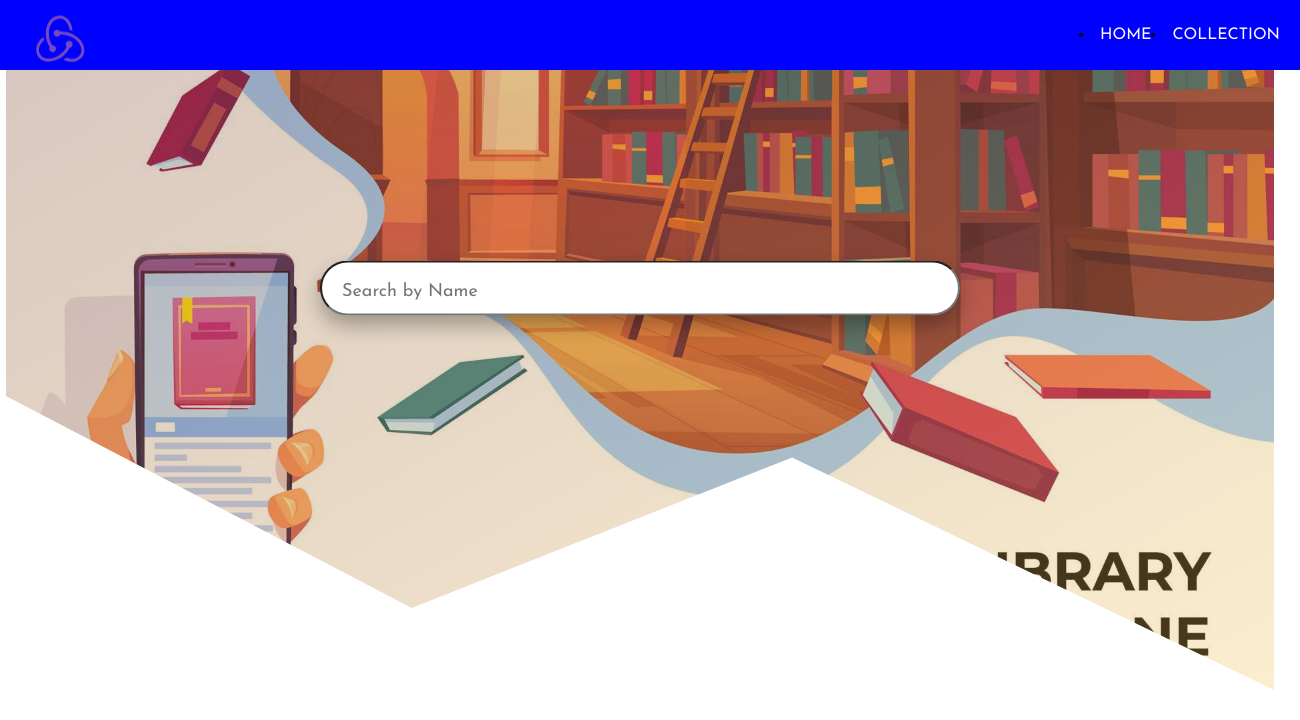
Repository: Kol124/react-book-library
Page: /
The author's editor kept a copy of each file at every save. The page is drawn from the files as they stood at one save, then again after the next save.
The browser window is 1280 px wide. The page is 1300 px wide, then 1280 px, so the pictures cover 1300 px, including what lies to the right of the window. The pictures show the whole page.
The project was rebuilt for these pictures with package versions that can differ from the ones it lists, and the page was loaded fresh each time.

Above is the page before, as saved 2021-07-13 18:31:03.

### public/index.html
<!DOCTYPE html>
<html lang="en">
  <head>
    <meta charset="utf-8" />
    <link rel="icon" href="%PUBLIC_URL%/favicon.ico" />
    <meta name="viewport" content="width=device-width, initial-scale=1" />
    <meta name="theme-color" content="#000000" />
    <meta
      name="description"
      content="Web site created using create-react-app"
    />
    <link rel="apple-touch-icon" href="%PUBLIC_URL%/logo192.png" />
    <!--
      manifest.json provides metadata used when your web app is installed on a
      user's mobile device or desktop. See https://developers.google.com/web/fundamentals/web-app-manifest/
    -->
    <link rel="manifest" href="%PUBLIC_URL%/manifest.json" />
    <!--
      Notice the use of %PUBLIC_URL% in the tags above.
      It will be replaced with the URL of the `public` folder during the build.
      Only files inside the `public` folder can be referenced from the HTML.

      Unlike "/favicon.ico" or "favicon.ico", "%PUBLIC_URL%/favicon.ico" will
      work correctly both with client-side routing and a non-root public URL.
      Learn how to configure a non-root public URL by running `npm run build`.
    -->
    <link rel="stylesheet" href="all.min.css" />
    <title>React Redux App</title>
  </head>
  <body>
    <noscript>You need to enable JavaScript to run this app.</noscript>
    <div id="root"></div>
    <!--
      This HTML file is a template.
      If you open it directly in the browser, you will see an empty page.

      You can add webfonts, meta tags, or analytics to this file.
      The build step will place the bundled scripts into the <body> tag.

      To begin the development, run `npm start` or `yarn start`.
      To create a production bundle, use `npm run build` or `yarn build`.
    -->
  </body>
</html>

### src/index.css
@import url(fonts.css);

*,
*::before,
*::after {
  margin: 0;
  padding: 0;
  box-sizing: inherit;
}

html {
  scroll-behavior: smooth;
  box-sizing: border-box;
  font-size: 62.5%;
}

@media only screen and (max-width: 1024px) {
  html {
    font-size: 52.25%;
  }
}

/* @media only screen and (max-width: 768px) {
  html {
    font-size: 50%;
  }
} */

@media only screen and (max-width: 480px) {
  html {
    font-size: 50%;
  }
}

body {
  font-family: Josefin Sans, "Lucida Sans", cursive;
  margin: 0.6rem;
}

a {
  color: #f9f9f9;
  text-decoration: none;
}

.App-logo {
  height: 8.5vmin;
  pointer-events: none;
}

@media (prefers-reduced-motion: no-preference) {
  .App-logo {
    animation: App-logo-float infinite 3s ease-in-out;
  }
}

@keyframes App-logo-float {
  0% {
    transform: translateY(0);
  }
  50% {
    transform: translateY(5px);
  }
  100% {
    transform: translateY(0px);
  }
}

### src/App.js
import React from "react";
import Home from "./components/Home";
import Nav from "./components/Nav";
import { BrowserRouter as Router, Switch, Route } from "react-router-dom";

function App() {
  return (
    <Router>
      <Nav />
      <Switch>
        <Route exact path="/">
          <Home />
        </Route>
      </Switch>
    </Router>
  );
}

export default App;

### src/fonts.css
/* josefin-sans-300 - latin */
@font-face {
  font-family: "Josefin Sans";
  font-style: normal;
  font-weight: 300;
  src: url("./fonts/josefin-sans-v17-latin-300.eot"); /* IE9 Compat Modes */
  src: local(""),
    url("./fonts/josefin-sans-v17-latin-300.eot?#iefix")
      format("embedded-opentype"),
    /* IE6-IE8 */ url("./fonts/josefin-sans-v17-latin-300.woff2")
      format("woff2"),
    /* Super Modern Browsers */ url("./fonts/josefin-sans-v17-latin-300.woff")
      format("woff"),
    /* Modern Browsers */ url("./fonts/josefin-sans-v17-latin-300.ttf")
      format("truetype"),
    /* Safari, Android, iOS */
      url("./fonts/josefin-sans-v17-latin-300.svg#JosefinSans") format("svg"); /* Legacy iOS */
}
/* josefin-sans-regular - latin */
@font-face {
  font-family: "Josefin Sans";
  font-style: normal;
  font-weight: 400;
  src: url("./fonts/josefin-sans-v17-latin-regular.eot"); /* IE9 Compat Modes */
  src: local(""),
    url("./fonts/josefin-sans-v17-latin-regular.eot?#iefix")
      format("embedded-opentype"),
    /* IE6-IE8 */ url("./fonts/josefin-sans-v17-latin-regular.woff2")
      format("woff2"),
    /* Super Modern Browsers */
      url("./fonts/josefin-sans-v17-latin-regular.woff") format("woff"),
    /* Modern Browsers */ url("./fonts/josefin-sans-v17-latin-regular.ttf")
      format("truetype"),
    /* Safari, Android, iOS */
      url("./fonts/josefin-sans-v17-latin-regular.svg#JosefinSans")
      format("svg"); /* Legacy iOS */
}
/* josefin-sans-600 - latin */
@font-face {
  font-family: "Josefin Sans";
  font-style: normal;
  font-weight: 600;
  src: url("./fonts/josefin-sans-v17-latin-600.eot"); /* IE9 Compat Modes */
  src: local(""),
    url("./fonts/josefin-sans-v17-latin-600.eot?#iefix")
      format("embedded-opentype"),
    /* IE6-IE8 */ url("./fonts/josefin-sans-v17-latin-600.woff2")
      format("woff2"),
    /* Super Modern Browsers */ url("./fonts/josefin-sans-v17-latin-600.woff")
      format("woff"),
    /* Modern Browsers */ url("./fonts/josefin-sans-v17-latin-600.ttf")
      format("truetype"),
    /* Safari, Android, iOS */
      url("./fonts/josefin-sans-v17-latin-600.svg#JosefinSans") format("svg"); /* Legacy iOS */
}
/* josefin-sans-700 - latin */
@font-face {
  font-family: "Josefin Sans";
  font-style: normal;
  font-weight: 700;
  src: url("./fonts/josefin-sans-v17-latin-700.eot"); /* IE9 Compat Modes */
  src: local(""),
    url("./fonts/josefin-sans-v17-latin-700.eot?#iefix")
      format("embedded-opentype"),
    /* IE6-IE8 */ url("./fonts/josefin-sans-v17-latin-700.woff2")
      format("woff2"),
    /* Super Modern Browsers */ url("./fonts/josefin-sans-v17-latin-700.woff")
      format("woff"),
    /* Modern Browsers */ url("./fonts/josefin-sans-v17-latin-700.ttf")
      format("truetype"),
    /* Safari, Android, iOS */
      url("./fonts/josefin-sans-v17-latin-700.svg#JosefinSans") format("svg"); /* Legacy iOS */
}

/* josefin-slab-300 - latin */
@font-face {
  font-family: "Josefin Slab";
  font-style: normal;
  font-weight: 300;
  src: url("./fonts/josefin-slab-v13-latin-300.eot"); /* IE9 Compat Modes */
  src: local(""),
    url("./fonts/josefin-slab-v13-latin-300.eot?#iefix")
      format("embedded-opentype"),
    /* IE6-IE8 */ url("./fonts/josefin-slab-v13-latin-300.woff2")
      format("woff2"),
    /* Super Modern Browsers */ url("./fonts/josefin-slab-v13-latin-300.woff")
      format("woff"),
    /* Modern Browsers */ url("./fonts/josefin-slab-v13-latin-300.ttf")
      format("truetype"),
    /* Safari, Android, iOS */
      url("./fonts/josefin-slab-v13-latin-300.svg#JosefinSlab") format("svg"); /* Legacy iOS */
}
/* josefin-slab-regular - latin */
@font-face {
  font-family: "Josefin Slab";
  font-style: normal;
  font-weight: 400;
  src: url("./fonts/josefin-slab-v13-latin-regular.eot"); /* IE9 Compat Modes */
  src: local(""),
    url("./fonts/josefin-slab-v13-latin-regular.eot?#iefix")
      format("embedded-opentype"),
    /* IE6-IE8 */ url("./fonts/josefin-slab-v13-latin-regular.woff2")
      format("woff2"),
    /* Super Modern Browsers */
      url("./fonts/josefin-slab-v13-latin-regular.woff") format("woff"),
    /* Modern Browsers */ url("./fonts/josefin-slab-v13-latin-regular.ttf")
      format("truetype"),
    /* Safari, Android, iOS */
      url("./fonts/josefin-slab-v13-latin-regular.svg#JosefinSlab")
      format("svg"); /* Legacy iOS */
}
/* josefin-slab-600 - latin */
@font-face {
  font-family: "Josefin Slab";
  font-style: normal;
  font-weight: 600;
  src: url("./fonts/josefin-slab-v13-latin-600.eot"); /* IE9 Compat Modes */
  src: local(""),
    url("./fonts/josefin-slab-v13-latin-600.eot?#iefix")
      format("embedded-opentype"),
    /* IE6-IE8 */ url("./fonts/josefin-slab-v13-latin-600.woff2")
      format("woff2"),
    /* Super Modern Browsers */ url("./fonts/josefin-slab-v13-latin-600.woff")
      format("woff"),
    /* Modern Browsers */ url("./fonts/josefin-slab-v13-latin-600.ttf")
      format("truetype"),
    /* Safari, Android, iOS */
      url("./fonts/josefin-slab-v13-latin-600.svg#JosefinSlab") format("svg"); /* Legacy iOS */
}
/* josefin-slab-700 - latin */
@font-face {
  font-family: "Josefin Slab";
  font-style: normal;
  font-weight: 700;
  src: url("./fonts/josefin-slab-v13-latin-700.eot"); /* IE9 Compat Modes */
  src: local(""),
    url("./fonts/josefin-slab-v13-latin-700.eot?#iefix")
      format("embedded-opentype"),
    /* IE6-IE8 */ url("./fonts/josefin-slab-v13-latin-700.woff2")
      format("woff2"),
    /* Super Modern Browsers */ url("./fonts/josefin-slab-v13-latin-700.woff")
      format("woff"),
    /* Modern Browsers */ url("./fonts/josefin-slab-v13-latin-700.ttf")
      format("truetype"),
    /* Safari, Android, iOS */
      url("./fonts/josefin-slab-v13-latin-700.svg#JosefinSlab") format("svg"); /* Legacy iOS */
}

/* montserrat-300 - latin */
@font-face {
  font-family: "Montserrat";
  font-style: normal;
  font-weight: 300;
  src: url("./fonts/montserrat-v15-latin-300.eot"); /* IE9 Compat Modes */
  src: local(""),
    url("./fonts/montserrat-v15-latin-300.eot?#iefix")
      format("embedded-opentype"),
    /* IE6-IE8 */ url("./fonts/montserrat-v15-latin-300.woff2") format("woff2"),
    /* Super Modern Browsers */ url("./fonts/montserrat-v15-latin-300.woff")
      format("woff"),
    /* Modern Browsers */ url("./fonts/montserrat-v15-latin-300.ttf")
      format("truetype"),
    /* Safari, Android, iOS */
      url("./fonts/montserrat-v15-latin-300.svg#Montserrat") format("svg"); /* Legacy iOS */
}
/* montserrat-regular - latin */
@font-face {
  font-family: "Montserrat";
  font-style: normal;
  font-weight: 400;
  src: url("./fonts/montserrat-v15-latin-regular.eot"); /* IE9 Compat Modes */
  src: local(""),
    url("./fonts/montserrat-v15-latin-regular.eot?#iefix")
      format("embedded-opentype"),
    /* IE6-IE8 */ url("./fonts/montserrat-v15-latin-regular.woff2")
      format("woff2"),
    /* Super Modern Browsers */ url("./fonts/montserrat-v15-latin-regular.woff")
      format("woff"),
    /* Modern Browsers */ url("./fonts/montserrat-v15-latin-regular.ttf")
      format("truetype"),
    /* Safari, Android, iOS */
      url("./fonts/montserrat-v15-latin-regular.svg#Montserrat") format("svg"); /* Legacy iOS */
}
/* montserrat-500 - latin */
@font-face {
  font-family: "Montserrat";
  font-style: normal;
  font-weight: 500;
  src: url("./fonts/montserrat-v15-latin-500.eot"); /* IE9 Compat Modes */
  src: local(""),
    url("./fonts/montserrat-v15-latin-500.eot?#iefix")
      format("embedded-opentype"),
    /* IE6-IE8 */ url("./fonts/montserrat-v15-latin-500.woff2") format("woff2"),
    /* Super Modern Browsers */ url("./fonts/montserrat-v15-latin-500.woff")
      format("woff"),
    /* Modern Browsers */ url("./fonts/montserrat-v15-latin-500.ttf")
      format("truetype"),
    /* Safari, Android, iOS */
      url("./fonts/montserrat-v15-latin-500.svg#Montserrat") format("svg"); /* Legacy iOS */
}

### src/components/Home.js
import React from "react";
import Header from "./Header";
import styled from "styled-components";

export default function Home() {
  return (
    <div>
      <Header />
      <Search type="text" placeholder="Search by Name" />
    </div>
  );
}

const Container = styled.main`
  min-height: calc(100vh - 250px);
  overflow-x: hidden;
  top: 72px;
  display: block;
  position: relative;
  padding: 0 calc(3.5vw + 5px);
`;

const Search = styled.input`
  font-family: "Josefin Sans", cursive;
  padding: 1.5rem 1rem 1rem 2rem;
  margin: 0 auto 1rem auto;
  position: absolute;
  height: 5.5rem;
  color: #ccc;
  width: 50%;
  top: 40%;
  left: 50%;
  outline: none;
  font-size: 1.8rem;
  border-radius: 3rem;
  transform: translate(-50%, -50%);
  box-shadow: 0 10px 20px rgba(0, 0, 0, 0.3);
`;

### src/components/Nav.js
import React from "react";
import logo from "../logo.svg";
import { Link } from "react-router-dom";
import styled from "styled-components";

const Nav = () => {
  return (
    <Navigation>
      <Logo>
        <img src={logo} className="App-logo" alt="logo" />
      </Logo>

      <NavMenu>
        <li>
          <Link to="/">Home</Link>
        </li>

        <li>
          <Link to="/">Collection</Link>
        </li>
      </NavMenu>
    </Navigation>
  );
};

const Navigation = styled.nav`
  top: 0;
  right: 0;
  display: flex;
  margin: 0 auto;
  font-size: 1.6rem;
  position: absolute;
  background-color: blue;
  justify-content: space-between;
  align-items: center;
  padding: 0 2rem;
  width: 130rem;
  height: 7rem;
  z-index: 3;
  left: 0;
`;

const Logo = styled.a`
  padding: 0;
  width: 80px;
  font-size: 0;
  margin-top: 4px;
  max-height: 70px;
  display: inline-block;

  img {
    display: block;
    width: 100%;
  }
`;

const NavMenu = styled.div`
  text-transform: uppercase;
  /* position: relative;
  margin-right: 5rem; */
  margin: 0px;
  padding: 0px;
  height: 100%;
  display: flex;
  align-items: center;
  flex-flow: row nowrap;
  justify-content: flex-end;

  /* a {
    span {
      color: rgb(249, 249, 249);
      white-space: nowrap;
      line-height: 1.08;
      margin-left: 8px;
      cursor: pointer;
      font-size: 13px;
      padding: 2px 0px;
      position: relative;
      letter-spacing: 1.42px;

      &:before {
        background-color: rgb(249, 249, 249);
        border-radius: 0px 0px 4px 4px;
        position: absolute;
        bottom: -6px;
        content: "";
        height: 2px;
        left: 0px;
        opacity: 0;
        right: 0px;
        width: auto;
        visibility: hidden;
        transform: scaleX(0);
        transform-origin: left center;
        transition: all 250ms cubic-bezier(0.25, 0.46, 0.45, 0.94) 0s;
      }
    }

    &:hover {
      span:before {
        transform: scaleX(1);
        visibility: visible;
        opacity: 1 !important;
      }
    }
  } */
`;

export default Nav;

### src/features/counter/counterSlice.js
import { createSlice } from '@reduxjs/toolkit';

export const counterSlice = createSlice({
  name: 'counter',
  initialState: {
    value: 0,
  },
  reducers: {
    increment: state => {
      // Redux Toolkit allows us to write "mutating" logic in reducers. It
      // doesn't actually mutate the state because it uses the Immer library,
      // which detects changes to a "draft state" and produces a brand new
      // immutable state based off those changes
      state.value += 1;
    },
    decrement: state => {
      state.value -= 1;
    },
    incrementByAmount: (state, action) => {
      state.value += action.payload;
    },
  },
});

export const { increment, decrement, incrementByAmount } = counterSlice.actions;

// The function below is called a thunk and allows us to perform async logic. It
// can be dispatched like a regular action: `dispatch(incrementAsync(10))`. This
// will call the thunk with the `dispatch` function as the first argument. Async
// code can then be executed and other actions can be dispatched
export const incrementAsync = amount => dispatch => {
  setTimeout(() => {
    dispatch(incrementByAmount(amount));
  }, 1000);
};

// The function below is called a selector and allows us to select a value from
// the state. Selectors can also be defined inline where they're used instead of
// in the slice file. For example: `useSelector((state) => state.counter.value)`
export const selectCount = state => state.counter.value;

export default counterSlice.reducer;

### src/components/Header.js
import React from "react";
import Nav from "./Nav";
import styled from "styled-components";

const HeaderBackground = styled.header`
  height: 95vh;
  z-index: -100;
  position: relative;
  background-image: linear-gradient(
      to right bottom,
      rgba(120, 65, 46, 0.3),
      rgb(245, 203, 92, 0.3)
    ),
    url("/images/header-2.jpg");
  background-size: cover;
  background-position: top;
  background-repeat: no-repeat;
  background-attachment: fixed;
  clip-path: polygon(0 0, 100% 0, 100% 100%, 62% 66%, 32% 88%, 0 57%);

  @media only screen and (max-width: 480px) {
    height: 85vh;
  }
`;

const Header = () => {
  return (
    <>
      <Nav />
      <HeaderBackground />
    </>
  );
};

export default Header;

Loaded but not shown: src/index.js (common file); src/app/store.js (common file); src/serviceWorker.js (common file); public/all.min.css (library)

After the next save:
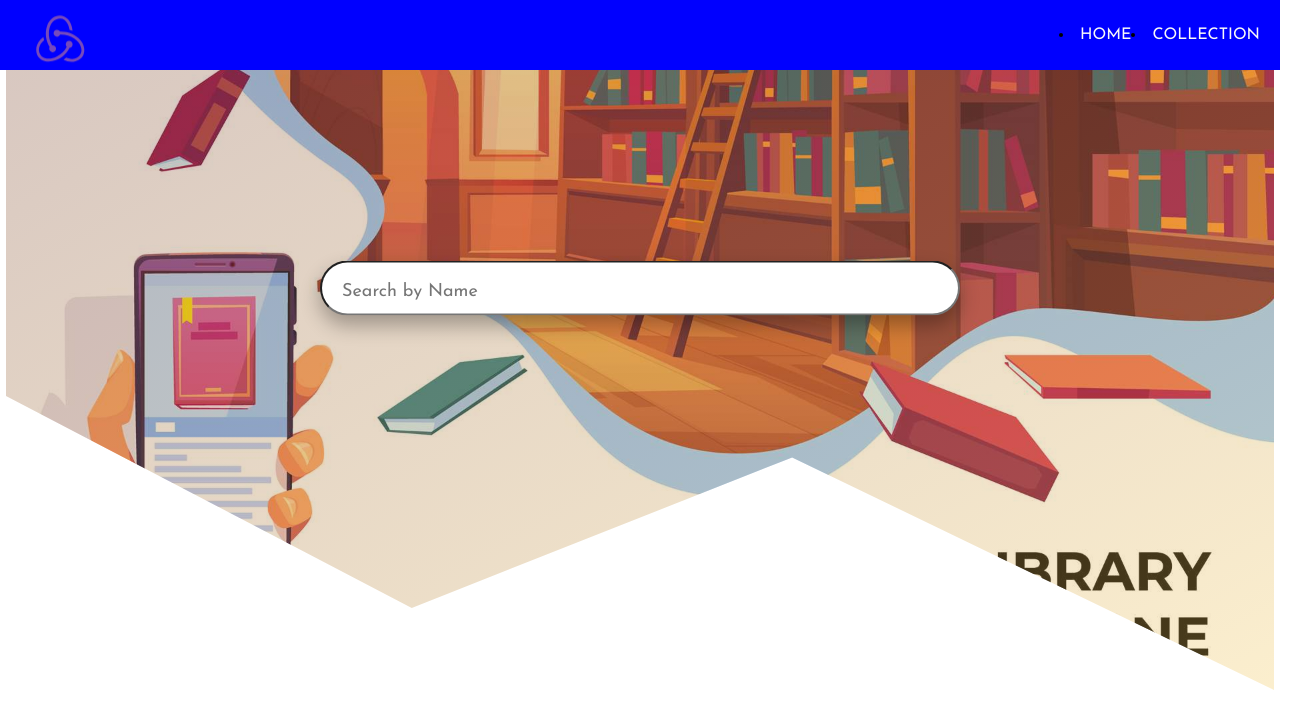
Saved 59 s later.
--- a/src/components/Nav.js
+++ b/src/components/Nav.js
@@ -34,7 +34,7 @@
   justify-content: space-between;
   align-items: center;
   padding: 0 2rem;
-  width: 130rem;
+  max-width: 130rem;
   height: 7rem;
   z-index: 3;
   left: 0;
